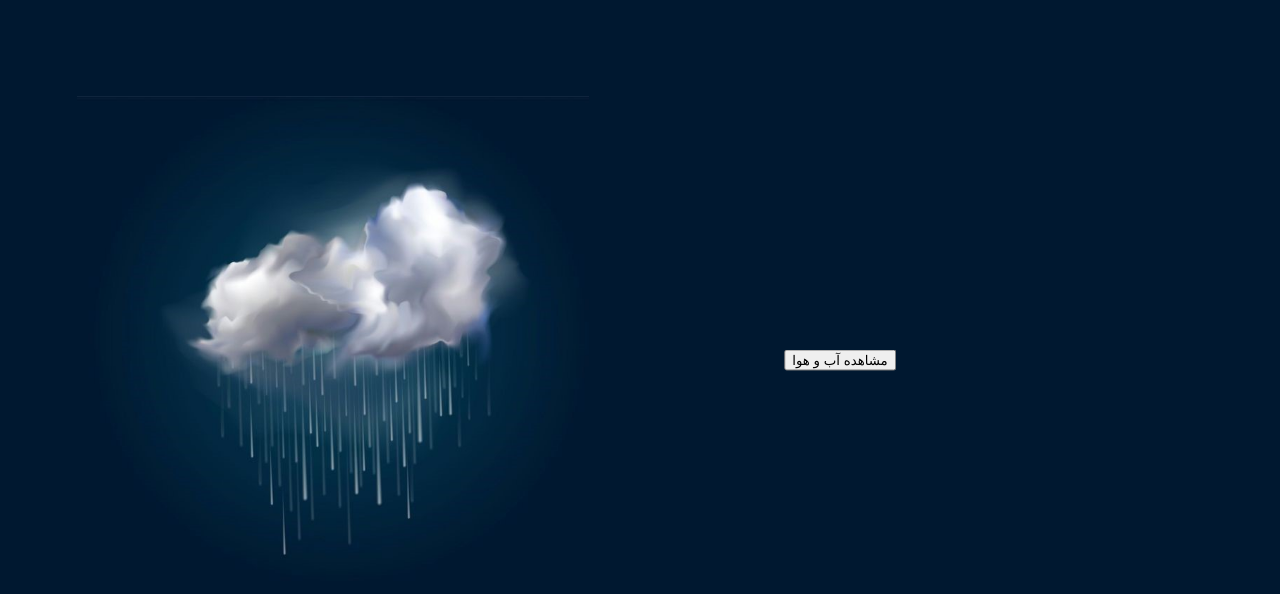
Repository: fateme81yosefi/weather
Page: landing/Landing.html
An editor plug-in stored every save of this project. The page is shown before and after a run of saves, followed by the edit.
The browser window is 1280 px wide. The pictures show the whole page.

Above is the page before, as saved 2025-02-02 16:45:24.

After the next 2 saves:
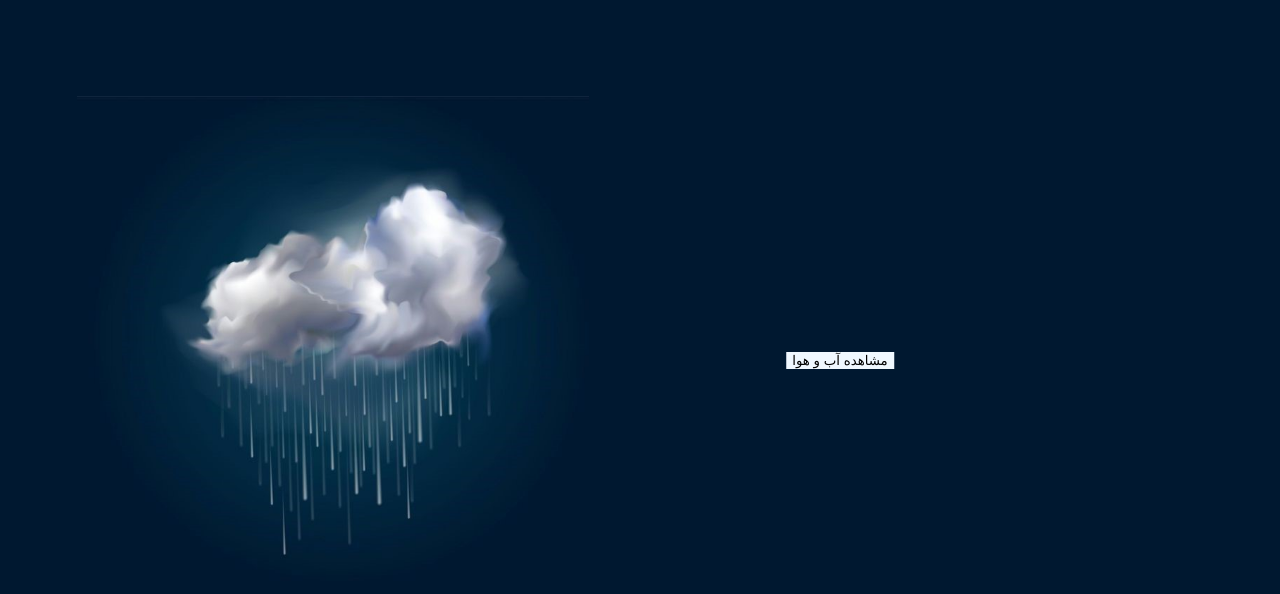
The 2 saves are shown as one change because they came seconds apart.
The last was saved 5 s later.
--- a/landing/style/landing.css
+++ b/landing/style/landing.css
@@ -21,7 +21,9 @@ body {
   transform: translate(-50%, -50%) translateX(200px); /* حرکت دکمه به سمت راست 200px */
 }
 .go-to-weather{
-    background-color: ;
+    background-color: aliceblue;
+    border: none;
+
 }
 @media screen and (min-width: 1200px) {
   .container-landing {
